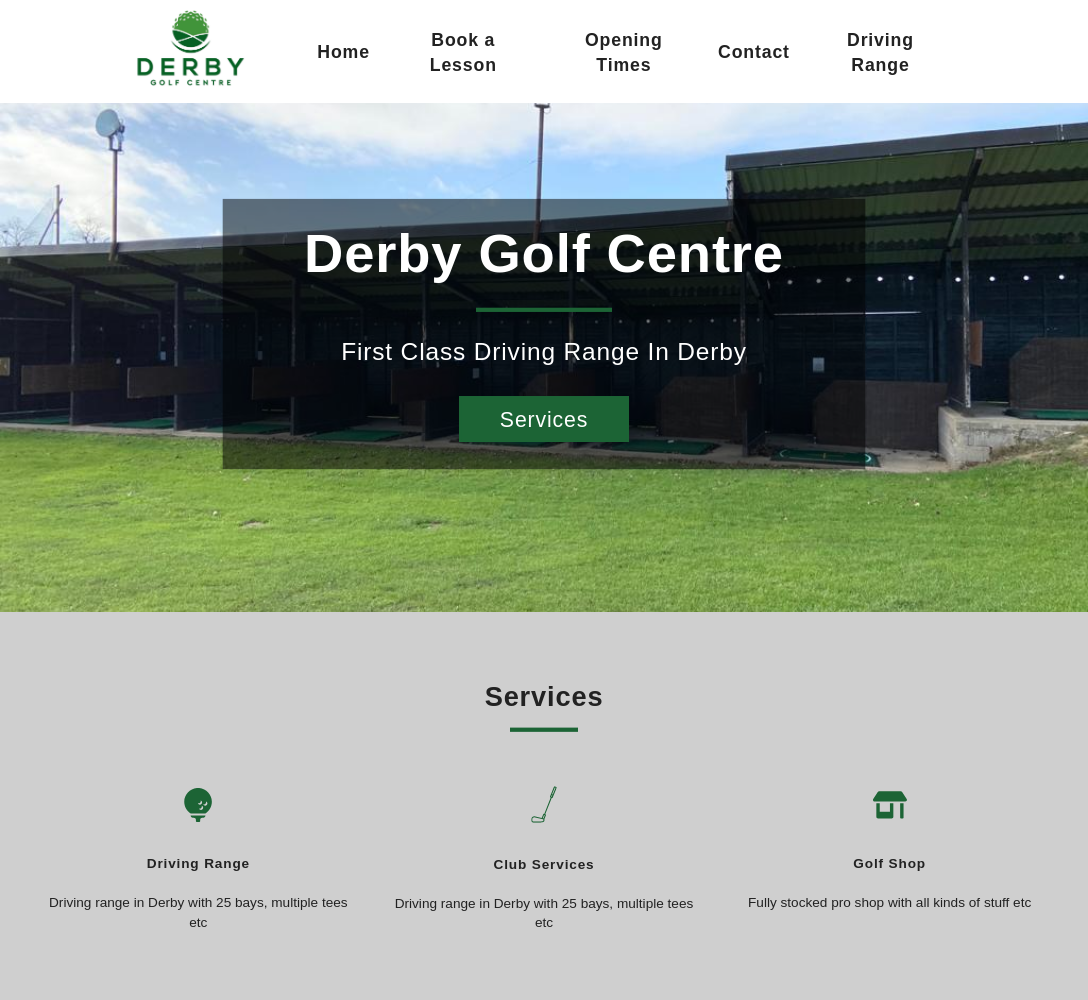
Repository: frankinstyyn/nigeljamesconsulting
Page: /
The author's editor kept a copy of each file at every save. The page is drawn from the files as they stood at one save, then again after the next save.
The browser window is 1280 px wide. The pictures show the whole page, at 85% of full size.
Some web fonts or font styles are not loaded; a fallback is used. The project was rebuilt for these pictures with package versions that can differ from the ones it lists, and the page was loaded fresh each time. Also part of the build but not shown: src/pages/Lesson.js, src/pages/SingleRoom.js, src/pages/Error.js.

Above is the page before, as saved 2021-01-08 17:54:01.

After the next save:
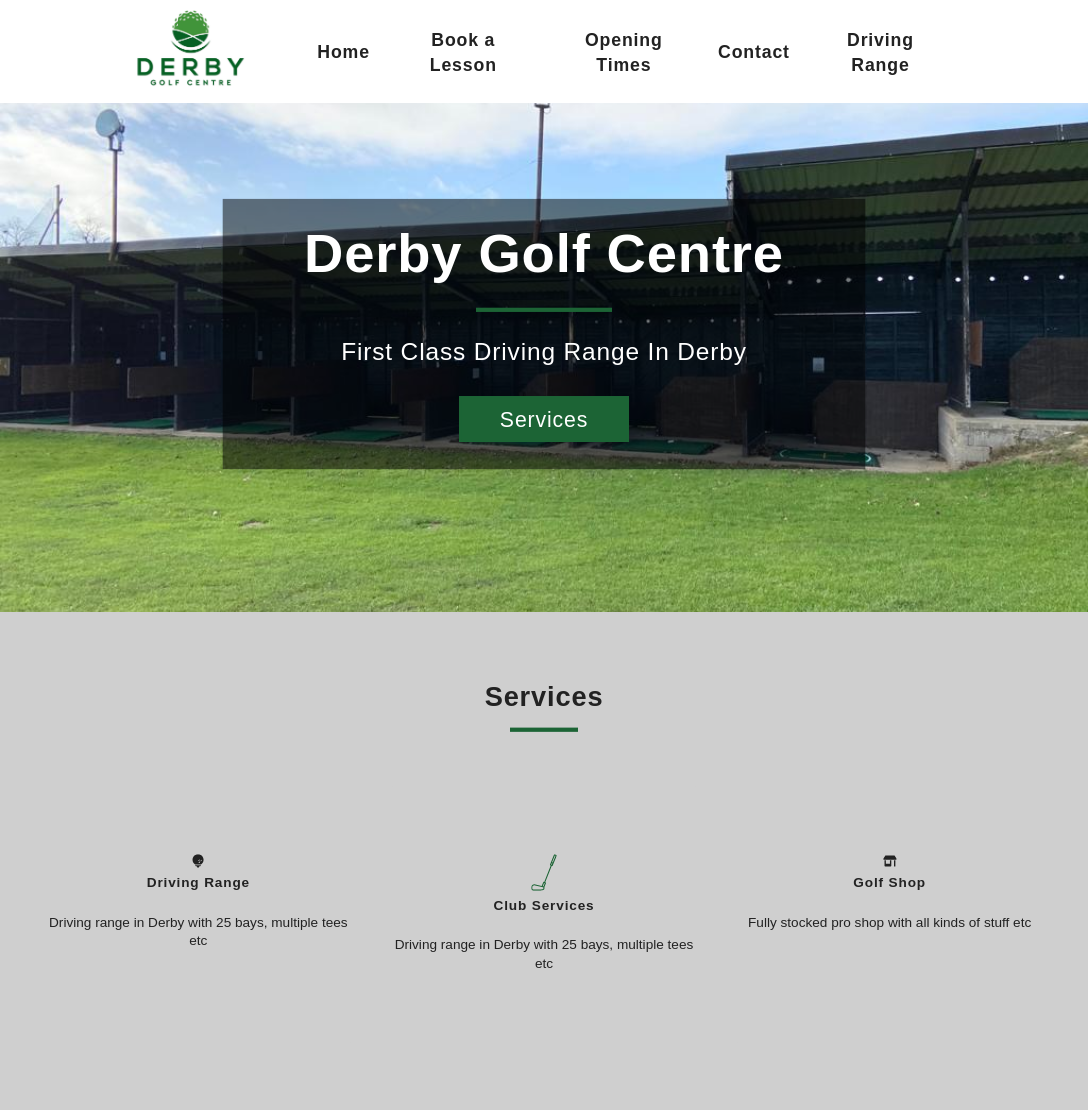
Saved 118 s later.
--- a/src/components/Services.js
+++ b/src/components/Services.js
@@ -31,7 +31,7 @@
                 <div className="services-center">
                     {this.state.services.map((item, index) => {
                         return (
-                            <article key={index} className="service">
+                            <article key={index} className="services">
                                 <span>{item.icon}</span>
                                 <h6>{item.title}</h6>
                                 <p>{item.info}</p>

After the save that followed:
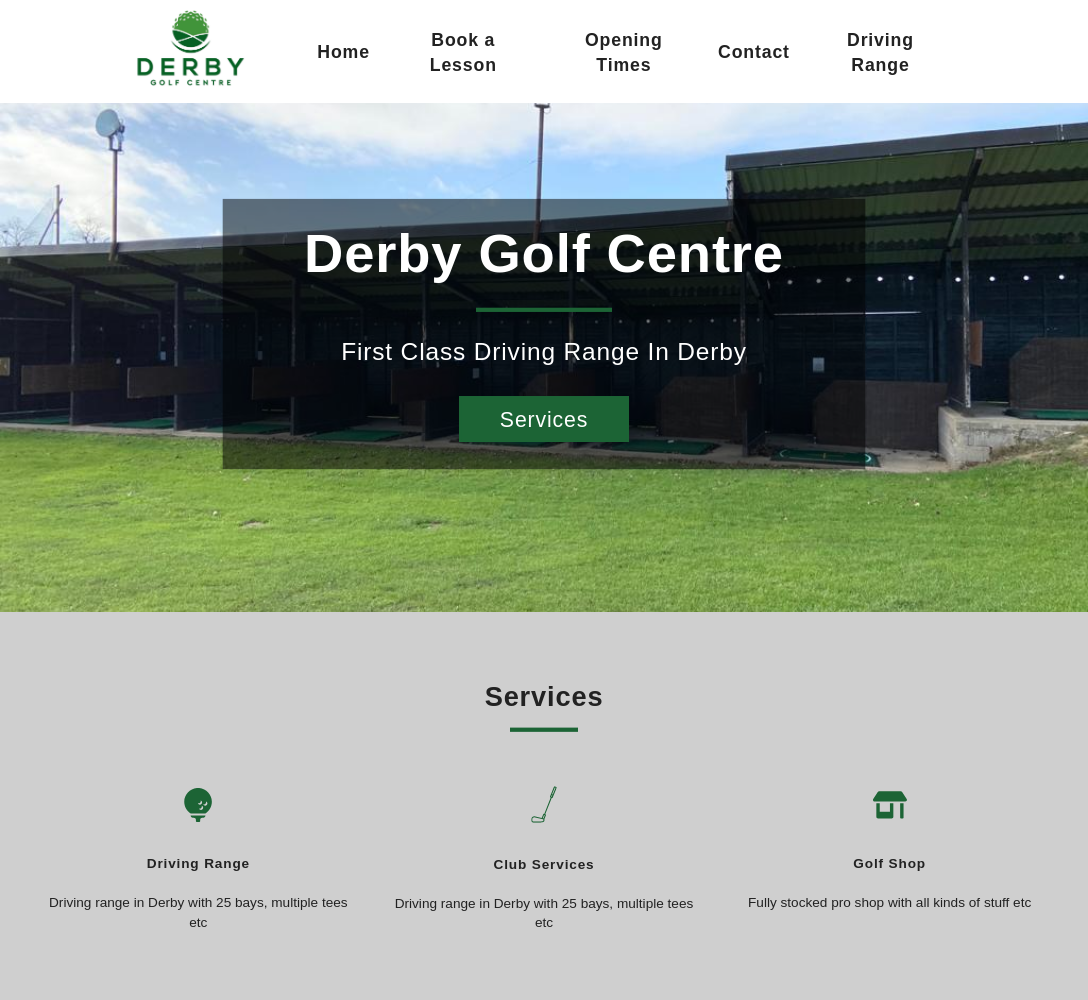
Saved 25 s later.
--- a/src/components/Services.js
+++ b/src/components/Services.js
@@ -31,7 +31,7 @@
                 <div className="services-center">
                     {this.state.services.map((item, index) => {
                         return (
-                            <article key={index} className="services">
+                            <article key={index} className="service">
                                 <span>{item.icon}</span>
                                 <h6>{item.title}</h6>
                                 <p>{item.info}</p>
